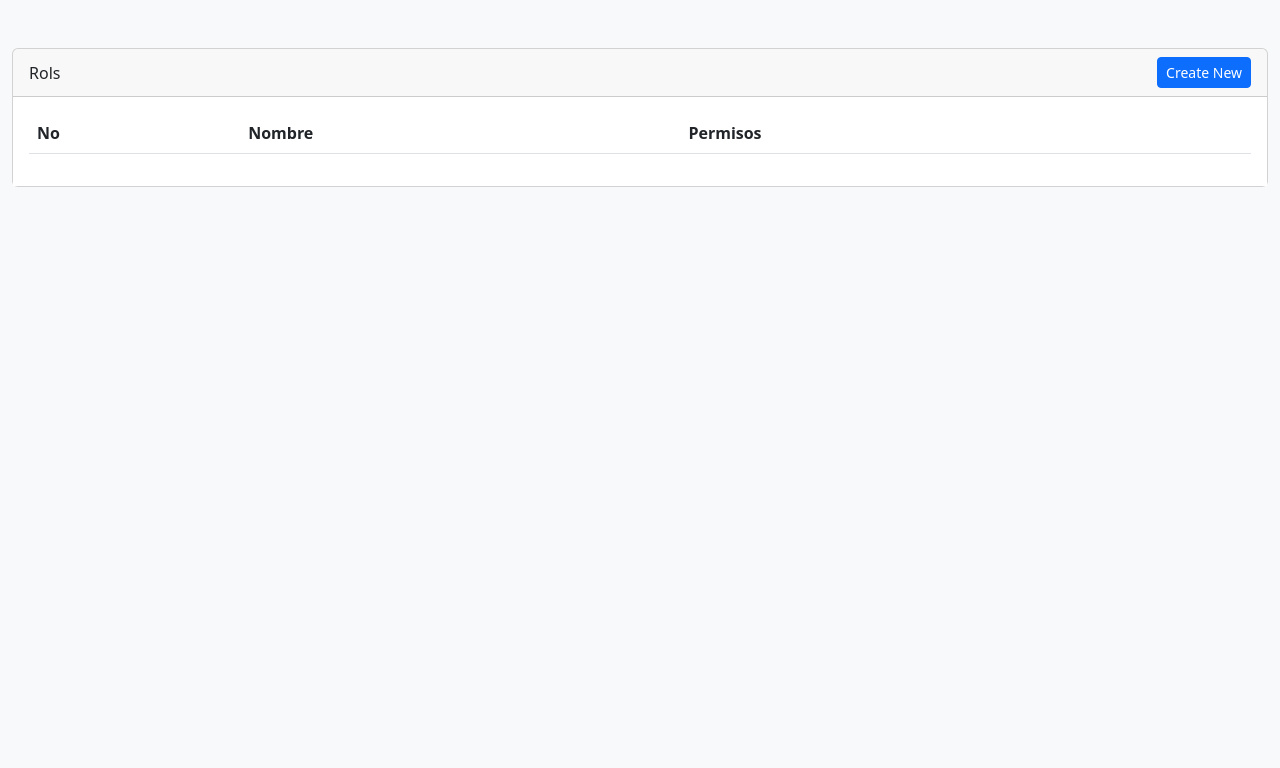
Repository: iAngie28/autoescuela-unido
Page: http://localhost/rols
An editor plug-in stored every save of this project. The page is shown before and after the next save, followed by the edit.
The browser window is 1280 px wide. The pictures show the whole page.
The page is served by the project's Laravel application, run on PHP 8.4 with Laravel 12. Queries for data that is not in the repository find no rows.

Above is the page before, as saved 2025-05-07 02:22:38.

After the next save:
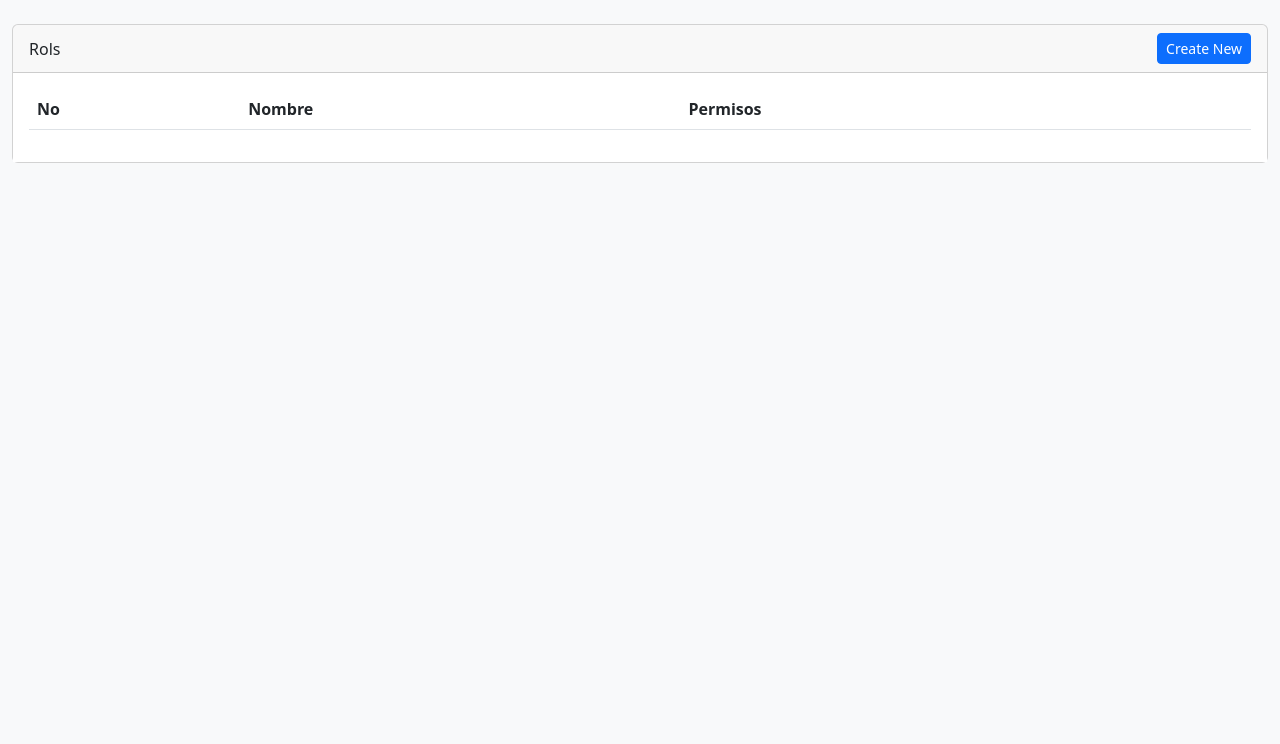
Saved 10 s later.
--- a/resources/views/rol/index.blade.php
+++ b/resources/views/rol/index.blade.php
@@ -1,6 +1,6 @@
 @extends('layouts.guest-bootstrap')
     @section('content')
-    <div class="container-fluid mt-5">
+    <div class="container-fluid mt-4">
         <div class="row">
             <div class="col-sm-12">
                 <div class="card ">
